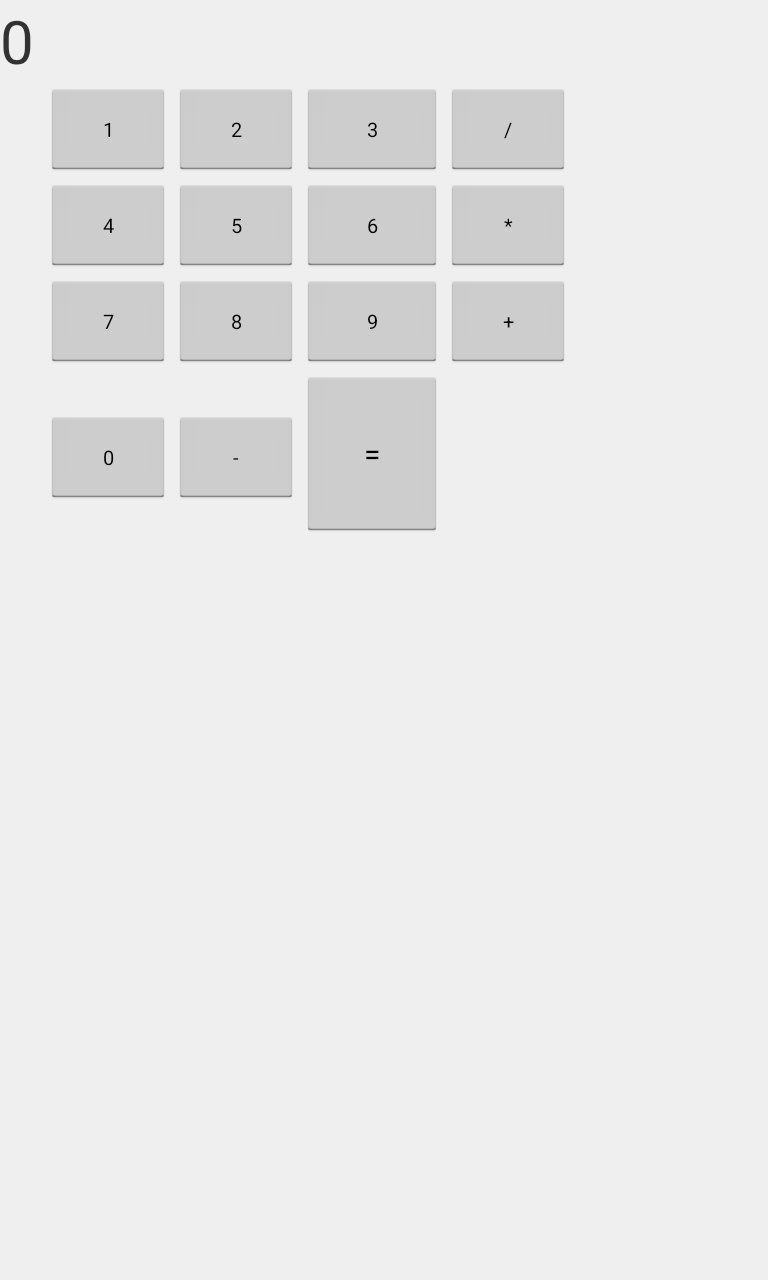
Repository: mariofer82/Calculadora
Layout: Aplicacion1/res/layout/activity_main.xml
These files come from the project's save history. The layout is drawn as it stood at one moment and after the next save; the edit follows.
It is drawn on a 768 x 1280 px phone screen (xhdpi) without system bars, with theme AppTheme; the app's code is not run.

Above is the layout before, as saved 2013-08-23 17:29:14.

### Aplicacion1/res/layout/activity_main.xml
<LinearLayout xmlns:android="http://schemas.android.com/apk/res/android"
android:orientation="vertical"
android:layout_width="fill_parent"
android:layout_height="fill_parent"
android:background="#1111"
>

<TextView
android:id="@+id/Resultado"
android:textSize="30sp"
android:layout_width="fill_parent"
android:layout_height="wrap_content"
android:text="0"
/>

<TableLayout
    xmlns:android="http://schemas.android.com/apk/res/android"
    android:layout_width="286dp"
    android:layout_height="fill_parent"
    android:stretchColumns="1" >

<TableRow>

<Button
    android:id="@+id/Boton1"
    android:layout_width="wrap_content"
    android:layout_height="wrap_content"
    android:layout_column="4"
    android:padding="10dp"
    android:text="1"
    android:textSize="10dp" >

</Button>

<Button
    android:id="@+id/Boton2"
    android:layout_width="wrap_content"
    android:layout_height="wrap_content"
    android:layout_column="4"
    android:padding="10dp"
    android:text="2"
    android:textSize="10sp" >

</Button>

<Button
    android:id="@+id/Boton3"
    android:layout_width="wrap_content"
    android:layout_height="wrap_content"
    android:layout_column="4"
    android:padding="10dp"
    android:text="3"
    android:textSize="10sp" >

</Button>

<Button
    android:id="@+id/Botondiv"
    android:layout_width="wrap_content"
    android:layout_height="wrap_content"
    android:layout_column="4"
    android:padding="10dp"
    android:text="/"
    android:textSize="10sp" >

</Button>
</TableRow>
<TableRow>

<Button
    android:id="@+id/Boton4"
    android:layout_width="wrap_content"
    android:layout_height="wrap_content"
    android:layout_column="4"
    android:padding="10dp"
    android:text="4"
    android:textSize="10sp" >

</Button>

<Button
    android:id="@+id/Boton5"
    android:layout_width="wrap_content"
    android:layout_height="wrap_content"
    android:layout_column="4"
    android:padding="10dp"
    android:text="5"
    android:textSize="10sp" >

</Button>

<Button
    android:id="@+id/Boton6"
    android:layout_width="wrap_content"
    android:layout_height="wrap_content"
    android:layout_column="4"
    android:padding="10dp"
    android:text="6"
    android:textSize="10sp" >

</Button>

<Button
    android:id="@+id/Botonmulti"
    android:layout_width="wrap_content"
    android:layout_height="wrap_content"
    android:layout_column="4"
    android:padding="10dp"
    android:text="*"
    android:textSize="10sp" >

</Button>
</TableRow>
<TableRow>

<Button
    android:id="@+id/Boton7"
    android:layout_width="wrap_content"
    android:layout_height="wrap_content"
    android:layout_column="4"
    android:padding="10dp"
    android:text="7"
    android:textSize="10sp" >

</Button>

<Button
    android:id="@+id/Boton8"
    android:layout_width="wrap_content"
    android:layout_height="wrap_content"
    android:layout_column="4"
    android:padding="10dp"
    android:text="8"
    android:textSize="10sp" >

</Button>

<Button
    android:id="@+id/Boton9"
    android:layout_width="wrap_content"
    android:layout_height="wrap_content"
    android:layout_column="4"
    android:padding="10dp"
    android:text="9"
    android:textSize="10sp" >

</Button>

<Button
    android:id="@+id/Botonsuma"
    android:layout_width="wrap_content"
    android:layout_height="wrap_content"
    android:layout_column="4"
    android:padding="10dp"
    android:text="+"
    android:textSize="10sp" >

</Button>
</TableRow>
<TableRow>

<Button
    android:id="@+id/Boton0"
    android:layout_width="wrap_content"
    android:layout_height="wrap_content"
    android:layout_column="4"
    android:padding="10dp"
    android:text="0"
    android:textSize="10sp" >

</Button>

<Button
    android:id="@+id/Botonresta"
    android:layout_width="wrap_content"
    android:layout_height="wrap_content"
    android:layout_column="4"
    android:padding="10dp"
    android:text="-"
    android:textSize="10sp" >

</Button>

<Button
android:layout_column="4"
android:id="@+id/Botonigual"
android:layout_width="wrap_content"
android:layout_height="wrap_content"
android:text="="
android:textSize="15dp"
android:padding="32dp"
>

</Button>
</TableRow>


<TableRow>


</TableRow>

<RelativeLayout
    android:layout_width="wrap_content"
    android:layout_height="wrap_content" >
</RelativeLayout>

</TableLayout>
</LinearLayout>

Loaded but not shown: Aplicacion1/res/values/styles.xml (common file); Aplicacion1/res/values-v11/styles.xml (common file); Aplicacion1/res/values-v14/styles.xml (common file)

After the next save:
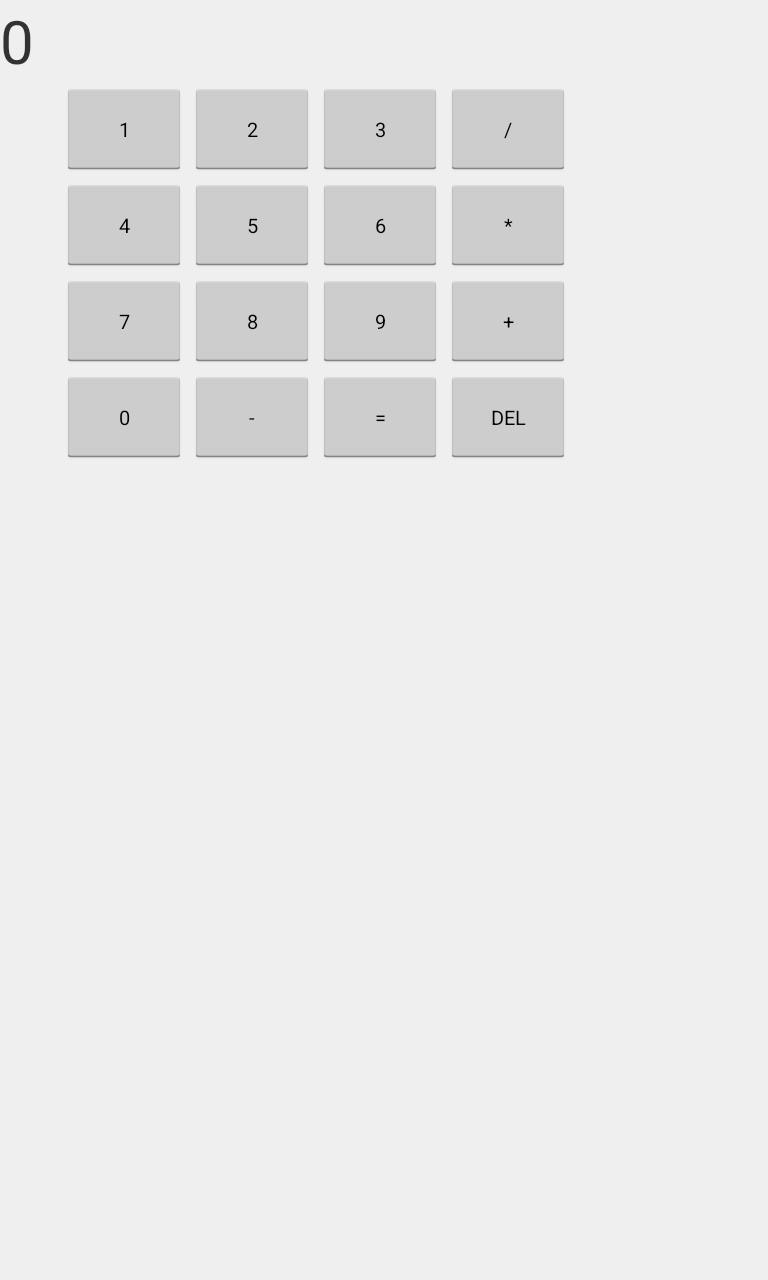
Saved 37 s later.
--- a/Aplicacion1/res/layout/activity_main.xml
+++ b/Aplicacion1/res/layout/activity_main.xml
@@ -182,14 +182,24 @@ android:text="0"
 </Button>
 
 <Button
-android:layout_column="4"
-android:id="@+id/Botonigual"
-android:layout_width="wrap_content"
-android:layout_height="wrap_content"
-android:text="="
-android:textSize="15dp"
-android:padding="32dp"
->
+    android:id="@+id/Botonigual"
+    android:layout_width="wrap_content"
+    android:layout_height="wrap_content"
+    android:layout_column="4"
+    android:padding="10dp"
+    android:text="="
+    android:textSize="10sp" >
+
+</Button>
+
+<Button
+    android:id="@+id/DEL"
+    android:layout_width="wrap_content"
+    android:layout_height="wrap_content"
+    android:layout_column="4"
+    android:padding="10dp"
+    android:text="DEL"
+    android:textSize="10sp" >
 
 </Button>
 </TableRow>
